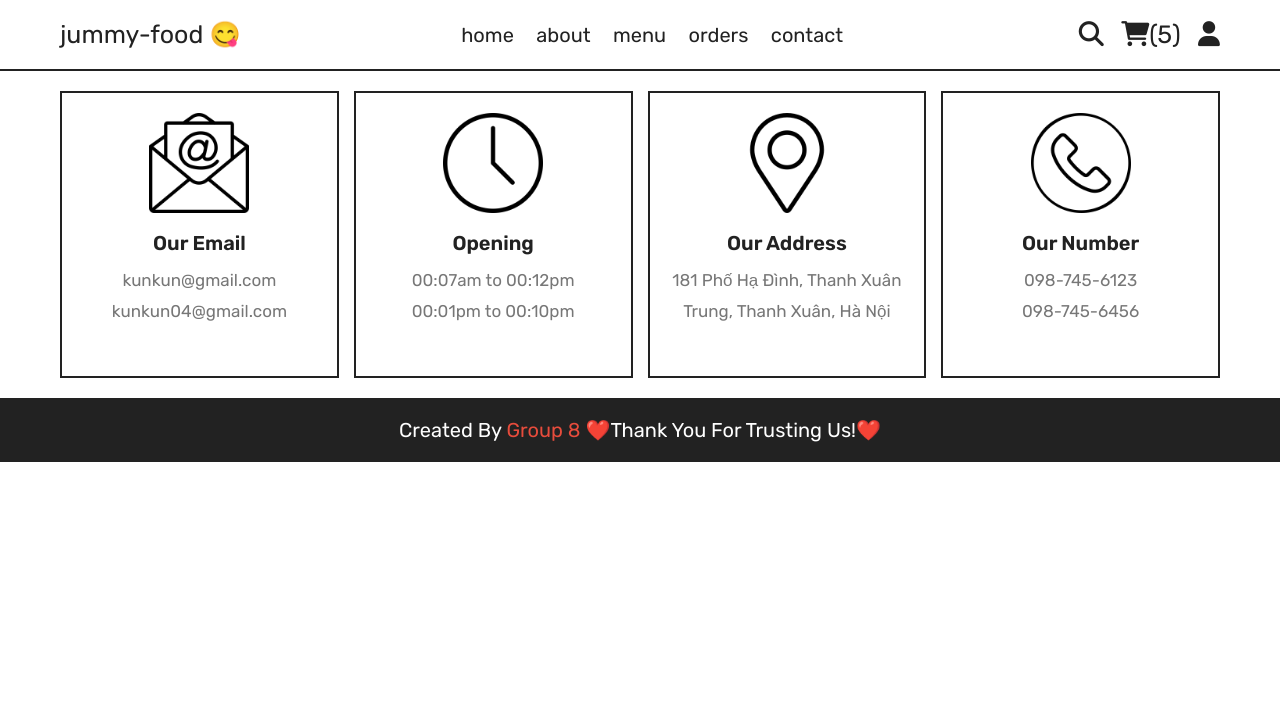
Repository: VuongLinhDinh/jummy_food
Page: search.html
These files come from the project's save history. The page is drawn as it stood at one moment and after the next save; the edit follows.
The browser window is 1280 px wide. The pictures show the whole page.
Some web libraries are served in a nearby version.

Above is the page before, as saved 2023-11-09 23:53:33.

After the next save:
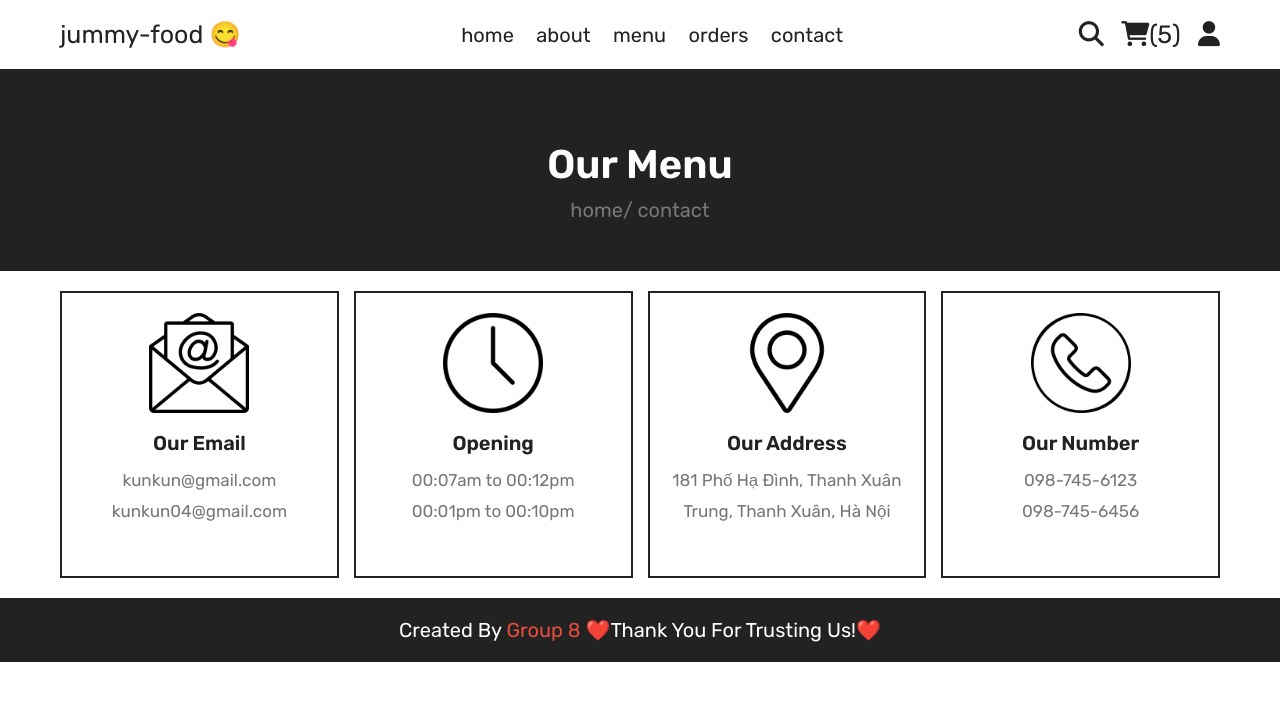
Saved 7 s later.
--- a/search.html
+++ b/search.html
@@ -38,7 +38,10 @@
         </section>
     </header>
     <!-- header section end  -->
-
+    <div class="heading">
+        <h3>our menu</h3>
+        <p><a href="home.html">home</a><span>/ contact</span></p>
+    </div>
     <!-- footer section starts  -->
     <footer class="footer">
         <section class="grid">
